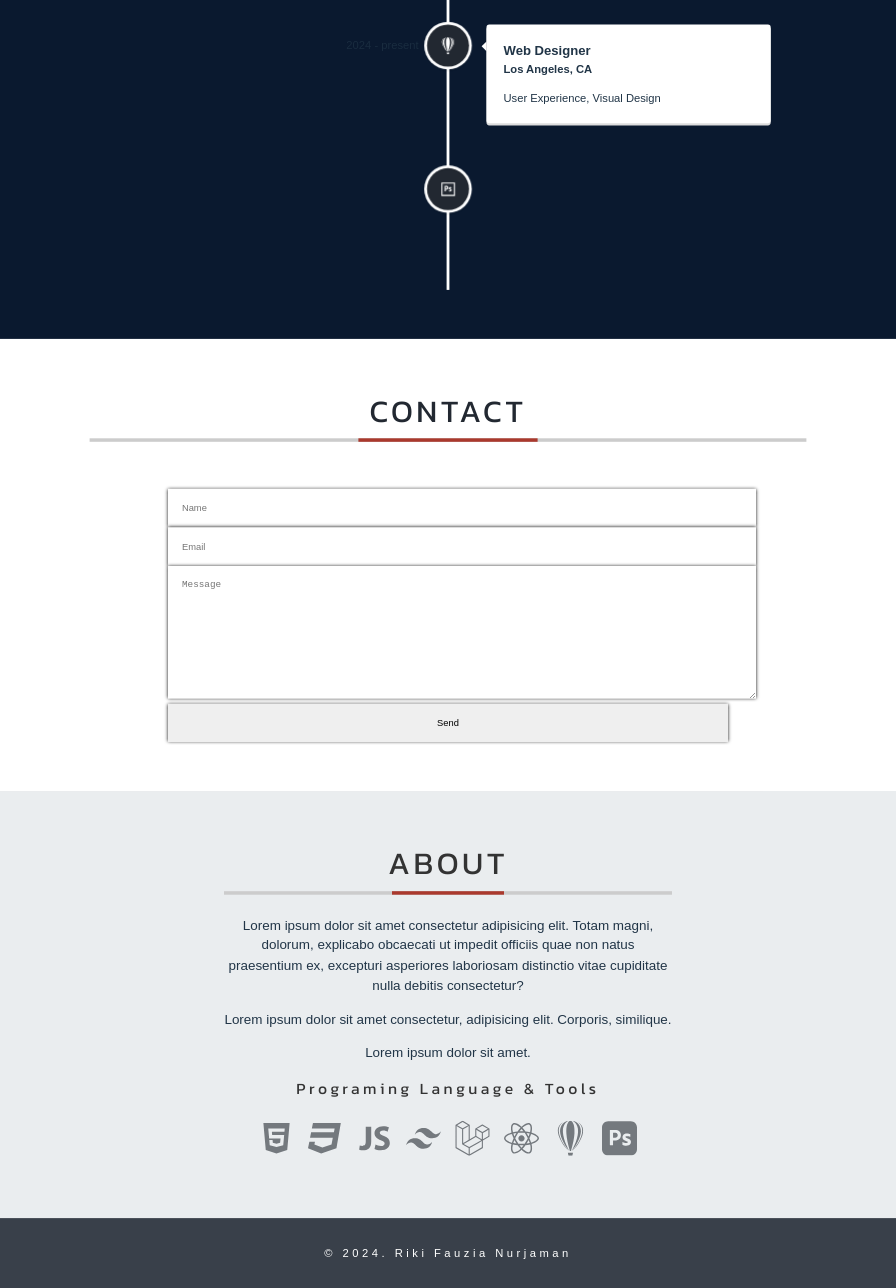
Repository: sellayspy/Portofolio
Page: /
The author's editor kept a copy of each file at every save. The page is drawn from the files as they stood at one save, then again after the next save.
The browser window is 1280 px wide. The pictures show the part of the page from y = 3983 to 5903 px (the page is 5823 px tall before and 5903 px after), at 70% of full size.
The project was rebuilt for these pictures with package versions that can differ from the ones it lists, and the page was loaded fresh each time. Also part of the build but not shown: vite.config.js, src/styles/DetailPortfolio.css, src/components/ScrollToTop.jsx, src/pages/DetailPortfolio.jsx, src/pages/PagesNotFound.jsx.

Above is the page before, as saved 2024-09-16 15:38:55.

### index.html
<!DOCTYPE html>
<html lang="en">
  <head>
    <meta charset="UTF-8" />
    <link rel="icon" type="image/svg+xml" href="/vite.svg" />
    <meta name="viewport" content="width=device-width, initial-scale=1.0" />
    <title>Portofolio RikiFN</title>
  </head>
  <body>
    <div id="root"></div>
    <script type="module" src="/src/main.jsx"></script>
  </body>
</html>

### src/App.jsx
import "./App.css";
import Home from "./pages/Home";
import DetailPortfolio from "./pages/DetailPortfolio";

import { BrowserRouter, Routes, Route } from "react-router-dom";
import PagesNotFound from "./pages/PagesNotFound";

const App = () => {
  return (
    <BrowserRouter>
      <Routes>
        <Route path="/" element={<Home />} />
        <Route path="/portfolio/:id" element={<DetailPortfolio />} />
        <Route path="/pages-not-found" element={<PagesNotFound />} />
        <Route path="*" element={<PagesNotFound />} />
      </Routes>
    </BrowserRouter>
  );
};

export default App;

### src/App.css
/* Global */
@import url("https://fonts.googleapis.com/css2?family=Nunito+Sans:opsz,wght@6..12,300&display=swap");
@import url("https://fonts.googleapis.com/css2?family=Kanit&display=swap");

html,
body {
  margin: 0px;
  padding: 0px;
  border: none;
  outline: none;
  box-sizing: border-box;
  text-decoration: none;
  scroll-behavior: smooth;
  font-family: "poppins", sans-serif;
}
.wrapper {
  width: 1024px;
  margin: auto;
  padding: 20px 0px 20px 0px;
}

section {
  padding: 50px 0px 50px 0px;
}

.wrapper > h3,
.wrapper > h1 {
  text-align: center;
  font-size: 2.8rem;
  margin: 0px 0px 30px 0px;
  padding: 0px;
  font-family: "Kanit", sans-serif;
  color: #222831;
  letter-spacing: 5px;
  text-transform: uppercase;
  border-bottom: 5px solid #cccccc;
}
.wrapper > h3::after,
.wrapper > h1::after {
  content: "";
  display: block;
  border-bottom: 5px solid #aa392d;
  width: 25%;
  position: relative;
  bottom: -5px; /* your padding + border-width */
  margin: auto;
}

@media only screen and (max-width: 1000px) {
  .wrapper {
    width: 80%;
  }
}

### src/pages/Home.jsx
import About from "../components/About";
import Contact from "../components/Contact";
import Experience from "../components/Experience";
import Footer from "../components/Footer";
import Header from "../components/Header";
import Navbar from "../components/Navbar";
import Portfolio from "../components/Portfolio";
import Service from "../components/Service";

function Home() {
  return (
    <>
      <Navbar />
      <Header />
      <Service />
      <Portfolio />
      <Experience />
      <Contact />
      <About />
      <Footer />
    </>
  );
}

export default Home;

### src/components/About.jsx
import { FaHtml5 } from "react-icons/fa";
import { IoLogoJavascript } from "react-icons/io";
import { FaCss3 } from "react-icons/fa";
import { FaLaravel } from "react-icons/fa";
import { FaReact } from "react-icons/fa";
import { RiTailwindCssFill } from "react-icons/ri";
import { SiCoreldraw } from "react-icons/si";
import { SiAdobephotoshop } from "react-icons/si";
import "../styles/About.css";

const About = () => {
  return (
    <section id="about">
      <div className="wrapper">
        <h3>About</h3>
        <p>
          Lorem ipsum dolor sit amet consectetur adipisicing elit. Totam magni,
          dolorum, explicabo obcaecati ut impedit officiis quae non natus
          praesentium ex, excepturi asperiores laboriosam distinctio vitae
          cupiditate nulla debitis consectetur?
        </p>
        <p>
          Lorem ipsum dolor sit amet consectetur, adipisicing elit. Corporis,
          similique.
        </p>
        <p>Lorem ipsum dolor sit amet.</p>
        <h4>Programing Language & Tools</h4>
        <div className="skills">
          <FaHtml5 />
          <FaCss3 />
          <IoLogoJavascript />
          <RiTailwindCssFill />
          <FaLaravel />
          <FaReact />
          <SiCoreldraw />
          <SiAdobephotoshop />
        </div>
      </div>
    </section>
  );
};

export default About;

### src/components/Contact.jsx
import "../styles/Contact.css";

const Contact = () => {
  return (
    <section className="contact" id="contact">
      <div className="wrapper">
        <h3>Contact</h3>

        <div className="contact-form">
          <form action="">
            <input type="text" placeholder="Name" required />
            <input type="text" placeholder="Email" required />
            <textarea
              name=""
              id=""
              cols="30"
              rows="10"
              placeholder="Message"
              required
            ></textarea>
            <input type="submit" value="Send" name="" className="send-btn" />
          </form>
        </div>
      </div>
    </section>
  );
};

export default Contact;

### src/components/Experience.jsx
import {
  VerticalTimeline,
  VerticalTimelineElement,
} from "react-vertical-timeline-component";
import "react-vertical-timeline-component/style.min.css";
import { SiNestjs } from "react-icons/si";
import { FaLaravel } from "react-icons/fa";
import { RiReactjsLine } from "react-icons/ri";
import { RiNextjsFill } from "react-icons/ri";
import { FaJava } from "react-icons/fa";
import { SiCoreldraw } from "react-icons/si";
import { DiPhotoshop } from "react-icons/di";
import "../styles/Experience.css";
const Experience = () => {
  return (
    <section id="experience">
      <div className="wrapper">
        <h3>Skills</h3>

        <VerticalTimeline>
          <VerticalTimelineElement
            className="vertical-timeline-element--work"
            iconStyle={{ background: "#222831", color: "#fff" }}
            icon={<SiCoreldraw />}
          >
            <h3 className="vertical-timeline-element-title">Design Grafis</h3>
            <h4 className="vertical-timeline-element-subtitle">
              2018 - Present
            </h4>
            <p>User Experience, Visual Design</p>
          </VerticalTimelineElement>
          <VerticalTimelineElement
            className="vertical-timeline-element--work"
            iconStyle={{ background: "#222831", color: "#fff" }}
            icon={<DiPhotoshop />}
          >
            <h3 className="vertical-timeline-element-title">Design Grafis</h3>
            <h4 className="vertical-timeline-element-subtitle">
              2018 - Present
            </h4>
            <p>User Experience, Visual Design</p>
          </VerticalTimelineElement>
          <VerticalTimelineElement
            className="vertical-timeline-element--work"
            iconStyle={{ background: "#222831", color: "#fff" }}
            icon={<RiReactjsLine />}
          >
            <h3 className="vertical-timeline-element-title">Web Development</h3>
            <h4 className="vertical-timeline-element-subtitle">
              2018 - Present
            </h4>
            <p>User Experience, Visual Design</p>
          </VerticalTimelineElement>
          <VerticalTimelineElement
            className="vertical-timeline-element--work"
            date="2024 - present"
            iconStyle={{ background: "#222831", color: "#fff" }}
            icon={<RiNextjsFill />}
          >
            <h3 className="vertical-timeline-element-title">Web Designer</h3>
            <h4 className="vertical-timeline-element-subtitle">
              Los Angeles, CA
            </h4>
            <p>User Experience, Visual Design</p>
          </VerticalTimelineElement>
          <VerticalTimelineElement
            className="vertical-timeline-element--work"
            date="2024 - present"
            iconStyle={{ background: "#222831", color: "#fff" }}
            icon={<FaJava />}
          >
            <h3 className="vertical-timeline-element-title">Web Designer</h3>
            <h4 className="vertical-timeline-element-subtitle">
              Los Angeles, CA
            </h4>
            <p>User Experience, Visual Design</p>
          </VerticalTimelineElement>
          <VerticalTimelineElement
            className="vertical-timeline-element--work"
            date="2024 - present"
            iconStyle={{ background: "#222831", color: "#fff" }}
            icon={<SiCoreldraw />}
          >
            <h3 className="vertical-timeline-element-title">Web Designer</h3>
            <h4 className="vertical-timeline-element-subtitle">
              Los Angeles, CA
            </h4>
            <p>User Experience, Visual Design</p>
          </VerticalTimelineElement>
          <VerticalTimelineElement
            className="vertical-timeline-element--work"
            date="2024 - present"
            iconStyle={{ background: "#222831", color: "#fff" }}
            icon={<DiPhotoshop />}
          >
            <h3 className="vertical-timeline-element-title">Web Designer</h3>
            <h4 className="vertical-timeline-element-subtitle">
              Los Angeles, CA
            </h4>
            <p>User Experience, Visual Design</p>
          </VerticalTimelineElement>
        </VerticalTimeline>
      </div>
    </section>
  );
};

export default Experience;

### src/components/Footer.jsx
import "../styles/Footer.css";

const Footer = () => {
  return <footer>&copy; 2024. Riki Fauzia Nurjaman</footer>;
};

export default Footer;

### src/components/Header.jsx
import profilePicture from "../assets/test.png";
import { FaInstagram } from "react-icons/fa";
import { FaTiktok } from "react-icons/fa";
import { SiFiverr } from "react-icons/si";
import { useTypewriter, Cursor } from "react-simple-typewriter";
import "../styles/Header.css";
const Header = () => {
  const [text] = useTypewriter({
    words: ["Student", "Web Developer", "Designer"],
    loop: true,
  });

  const title = "Hello I'm Riki Fauzia Nurjaman";

  return (
    <header>
      <div className="header-jumbotron">
        <h1>
          {title.split("").map((letra) => (
            <span className="animated-tex">{letra}</span>
          ))}
        </h1>
        <h2>
          I am <span className="type-animation">{text}</span>
          <Cursor />
        </h2>

        <p>
          Lorem, ipsum dolor sit amet consectetur adipisicing elit. Ut, minima
          eum. Harum quod at praesentium voluptate veritatis consequuntur
          doloribus aliquam. Nemo reprehenderit natus aperiam odio ipsum qui
          illo quaerat necessitatibus. Dolores et, doloribus asperiores voluptas
          delectus temporibus quia vero pariatur.
        </p>
        <div className="socialMedia">
          <a href="https://www.instagram.com/rikifauzianurjaman/">
            <span>
              <FaInstagram />
            </span>
          </a>
          <a href="https://www.tiktok.com/@officialspylike">
            <span>
              <FaTiktok />
            </span>
          </a>
          <a href="https://www.fiverr.com/rikifauzianurja">
            <span>
              <SiFiverr />
            </span>
          </a>
        </div>
      </div>
    </header>
  );
};

export default Header;

### src/components/Navbar.jsx
import { FaBars } from "react-icons/fa6";
import { IoClose } from "react-icons/io5";
import "../styles/Navbar.css";
import { useState } from "react";
import { HashLink } from "react-router-hash-link";
import { Link } from "react-router-dom";

const Navbar = () => {
  const [statusTampil, setStatusTampil] = useState("");

  const tampilMenu = () => {
    if (statusTampil == "") {
      setStatusTampil("tampil");
    } else {
      setStatusTampil("");
    }
  };
  return (
    <nav>
      <div className="wrapper">
        <div className="logo">
          <Link to="/">Portfolio</Link>
        </div>
        <button onClick={tampilMenu}>
          {statusTampil == "" ? <FaBars /> : <IoClose />}
        </button>
        <div className={`menu ${statusTampil}`} onClick={tampilMenu}>
          <ul>
            <li>
              <HashLink to="/#portfolio">Project</HashLink>
            </li>
            <li>
              <HashLink to="/#contact">Service</HashLink>
            </li>
            <li>
              <HashLink to="/#about">About</HashLink>
            </li>
            <li>
              <HashLink to="/#experience">Skills</HashLink>
            </li>
          </ul>
        </div>
      </div>
    </nav>
  );
};

export default Navbar;

### src/components/Portfolio.jsx
import { portfolioList } from "../data/DataPortfolio";

import { Link } from "react-router-dom";

import "../styles/Portfolio.css";

const Portfolio = () => {
  return (
    <section id="portfolio">
      <div className="wrapper">
        <h3>Project</h3>
        <div className="grid">
          <div className="row">
            {portfolioList.map((item) => {
              return (
                <div className="item" key={item.id}>
                  <Link to={`/portfolio/${item.id}`}>
                    <img src={item.image} />
                    <h5>{item.title}</h5>
                    <p>{item.skill}</p>
                  </Link>
                </div>
              );
            })}
          </div>
        </div>
      </div>
    </section>
  );
};

export default Portfolio;

### src/components/Service.jsx
import "../styles/Service.css";

const Service = () => {
  return (
    <section id="service" className="service">
      <div className="wrapper">
        <h3 style={{ color: "#fff" }}>My Service</h3>

        <div className="service-grid">
          <div className="box">
            <img src="" alt="" />
            <h3>Web Development</h3>
            <p>
              Lorem ipsum dolor sit amet consectetur adipisicing elit. Quas
              expedita autem natus iusto corporis itaque facilis inventore rerum
              eius cumque!
            </p>
            <a href="">
              Download now <i className="ri-arrow-right-line"></i>
            </a>
          </div>
          <div className="box">
            <img src="" alt="" />
            <h3>Web Development</h3>
            <p>
              Lorem ipsum dolor sit amet consectetur adipisicing elit. Quas
              expedita autem natus iusto corporis itaque facilis inventore rerum
              eius cumque!
            </p>
            <a href="">
              Download now <i className="ri-arrow-right-line"></i>
            </a>
          </div>
          <div className="box">
            <img src="" alt="" />
            <h3>Web Development</h3>
            <p>
              Lorem ipsum dolor sit amet consectetur adipisicing elit. Quas
              expedita autem natus iusto corporis itaque facilis inventore rerum
              eius cumque!
            </p>
            <a href="">
              Download now <i className="ri-arrow-right-line"></i>
            </a>
          </div>
        </div>
      </div>
    </section>
  );
};

export default Service;

### src/data/DataPortfolio.jsx
import portfolio1 from "../assets/portfolio1.png";
import portfolio2 from "../assets/portfolio2.png";
import portfolio3 from "../assets/portfolio3.png";
import portfolio4 from "../assets/portfolio4.png";
import portfolio5 from "../assets/portfolio5.png";
import portfolio6 from "../assets/portfolio6.png";

export const portfolioList = [
  {
    id: "1",
    title: "Website Portofolio",
    image: portfolio1,
    skill: "html, css, javascript",
  },
  {
    id: "2",
    title: "Website Portofolio2",
    image: portfolio2,
    skill: "laravel, react, api, typescript, tailwind",
  },
  {
    id: "3",
    title: "Website Portofolio3",
    image: portfolio3,
    skill: "react, javascript, css, html",
  },
  {
    id: "4",
    title: "Website Portofolio4",
    image: portfolio4,
    skill: "reactjs, typescript, tailwind, nodejs",
  },
  {
    id: "5",
    title: "Desain Grafis Portofolio",
    image: portfolio5,
    skill: "adobephotoshop, coreldraw",
  },
  {
    id: "6",
    title: "Desain Grafis Portofolio2",
    image: portfolio6,
    skill: "adobephotoshop, coreldraw",
  },
];

### src/styles/About.css
#about {
  background-color: #eaedef;
  position: relative;
  font-size: 1.2rem;
}
#about > .wrapper {
  margin: auto;
  width: 50%;
}
#about > .wrapper > h3 {
  text-align: center;
  font-size: 2.8rem;
  margin: 0px 0px 30px 0px;
  padding: 0px;
  font-family: "Kanit", sans-serif;
  color: #333;
  letter-spacing: 5px;
  text-transform: uppercase;
}
#about > .wrapper > p {
  text-align: center;
}

#about > .wrapper > h4 {
  text-align: center;
  font-size: 1.4rem;
  margin: 0px 0px 20px 0px;
  padding: 0px;
  font-family: "Kanit", sans-serif;
  letter-spacing: 5px;
  color: #333;
}
.skills {
  text-align: center;
}
.skills > svg {
  display: inline-block;
  color: #74797e;
  width: 50px;
  height: auto;
  margin: 10px;
  cursor: pointer;
}

.skills > svg:hover {
  color: #aa392d;
}

@media only screen and (max-width: 1000px) {
  #about > .wrapper {
    width: 80%;
  }
}

### src/styles/Contact.css
.contact-form {
  display: flex;
  align-items: center;
  justify-content: center;
  margin-top: 4.2rem;
}

.contact-form from {
  position: relative;
  width: 600px;
}

form input,
form textarea {
  width: 100%;
  padding: 20px;
  border: none;
  outline: none;
  box-shadow: 0 0 5px;
}

### src/styles/Experience.css
#experience {
  background-color: #0a192f;
  position: relative;
}

### src/styles/Footer.css
footer {
  background-color: #39404a;
  text-align: center;
  line-height: 100px;
  color: #fff;
  letter-spacing: 5px;
}

### src/styles/Navbar.css
nav {
  background-color: black;
  color: #fff;
  position: sticky;
  top: 0;
  z-index: 100;
  text-transform: uppercase;
  box-shadow: 0px 0px 10px #fff;
}
nav > .wrapper {
  display: flex;
  justify-content: space-between;
  align-items: center;
}

.menu {
  width: 35%;
}

.logo {
  display: flex;
  align-items: center;
}
.logo > a {
  color: #fff;
  text-decoration: none;
  font-size: 1.5rem;
  font-weight: 900;
  letter-spacing: 8px;
}
.menu > ul {
  display: flex;
  list-style-type: none;
  margin: 0px;
  padding: 0px;
  justify-content: space-between;
  font-weight: bold;
}

.menu > ul > li > a {
  position: relative;
  text-decoration: none;
  color: #fff;
}

.menu > ul > li > a::before {
  content: "";
  position: absolute;
  top: 100%;
  left: 0;
  width: 0;
  height: 2px;
  background: yellow;
  box-shadow: 0px 0px 10px yellow;
  transition: 0.3s;
}

.menu > ul > li > a:hover::before {
  width: 100%;
}

nav > .wrapper > button {
  cursor: pointer;
  display: none;
  position: absolute;
  right: 10px;
  top: 10px;
  border: 0px;
  background-color: transparent;
  padding: 0px;
}
nav > .wrapper > button > svg {
  color: #fff;
  font-size: 50px;
}
@media only screen and (max-width: 1000px) {
  .menu > ul {
    display: none;
  }
  .menu.tampil > ul {
    display: inline;
  }
  .menu {
    text-align: right;
  }
  nav > .wrapper > button {
    display: inline;
  }
  .menu > ul {
    flex-direction: column;
    background-color: #060d1c;
    width: 100%;
    position: fixed;
    top: 70px;
    left: 0;
  }
  .menu > ul > li {
    text-align: left;
    cursor: pointer;
  }
  .menu > ul > li > a {
    display: inline-block;
    padding: 15px 20px 15px 50px;
    width: 100%;
  }
  .menu > ul > li > a:hover {
    background-color: #000;
  }
}

### src/styles/Portfolio.css
#portfolio {
  background-color: #000000;
  color: #fff;
}

.row {
  display: grid;
  grid-template-columns: 30% 30% 30%;
  grid-gap: 25px;
  align-items: center;
  justify-content: center;
}

.grid .item a {
  text-decoration: none;
  color: white;
}

.row .item a > h5 {
  font-size: 16px;
  font-weight: 800;
}

.row > .item > a > img {
  width: 100%;
  border-radius: 10px;
  margin-bottom: 1rem;
}

.grid .item {
  background: #2d343f;
  border-radius: 28px;
  border: 1px solid transparent;
  box-shadow: 0 0 5px #fff;
  padding: 20px;
  transition: all 0.5s ease;
}
.grid .item:hover {
  border: 1px solid #fff;
  transform: translateY(-5px) scale(1.03);
  cursor: pointer;
}

@media only screen and (max-width: 1000px) {
  .grid {
    grid-template-columns: 45% 45%;
  }
}

### src/styles/Service.css
#service {
  background-color: #000000;
  color: #fff;
}

.service-grid {
  display: grid;
  grid-template-columns: repeat(auto-fit, minmax(300px, auto));
  align-items: center;
  gap: 2.3rem;
  margin-top: 4.2rem;
}

.box {
  padding: 80px 40px 66px;
  background: #2d343f;
  border-radius: 28px;
  border: 1px solid transparent;
  box-shadow: 0 0 5px white;
  transition: all 0.5s ease;
  cursor: pointer;
}
.box img {
  margin-bottom: 20px;
}
.box h3 {
  font-size: 30px;
  font-weight: 700;
  margin-bottom: 10px;
}
.box p {
  font-size: 14px;
  font-weight: 400;
  line-height: 25px;
  margin-bottom: 20px;
}
.box a {
  display: inline-block;
  font-size: 22px;
  line-height: 1.273em;
  padding: 7px 0;
  color: #fff;
  transition: all 0.5s ease;
  tex-decoration: none;
}
.box:hover {
  border: 1px solid white;
  transform: translateY(-5px) scale(1.03);
}

Loaded but not shown: src/main.jsx (common file); src/index.css (common file); src/styles/Header.css (267 lines, source omitted)

After the next save:
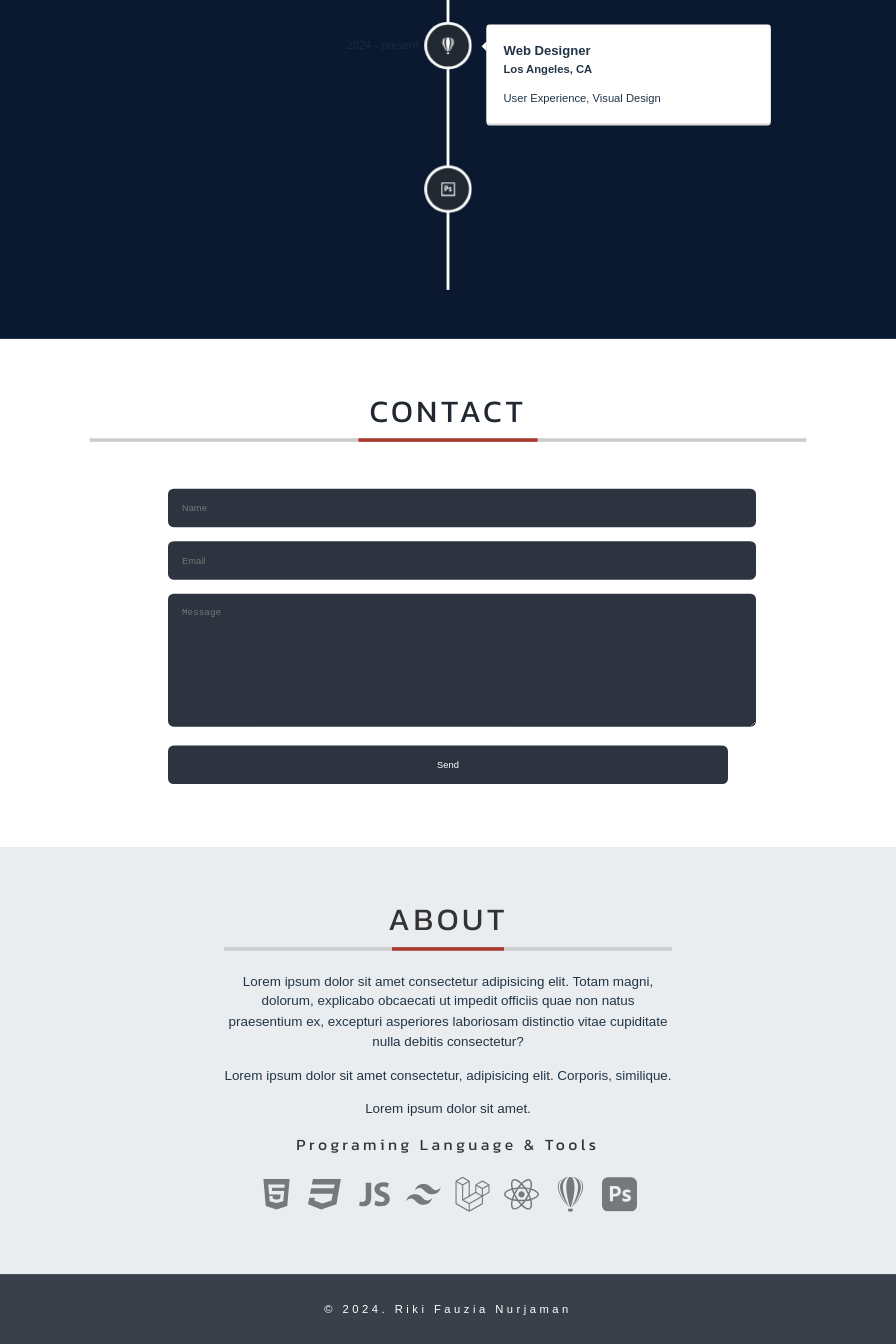
Saved 61 s later.
--- a/src/styles/Contact.css
+++ b/src/styles/Contact.css
@@ -16,5 +16,9 @@ form textarea {
   padding: 20px;
   border: none;
   outline: none;
-  box-shadow: 0 0 5px;
+  box-shadow: 0 0 5px #fff;
+  background: #2d343f;
+  color: #fff;
+  margin-bottom: 20px;
+  border-radius: 8px;
 }
